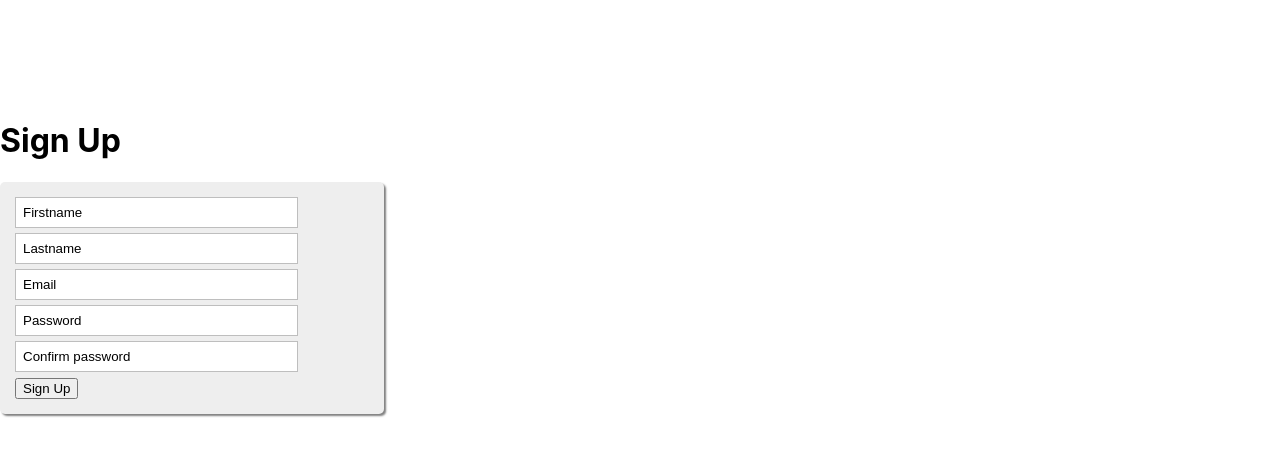
Repository: khamraeva/JSP-homework1-sighup
Page: /
These files come from the project's save history. The page is drawn as it stood at one moment and after the next save; the edit follows.
The browser window is 1280 px wide. The pictures show the whole page.
The project was rebuilt for these pictures with package versions that can differ from the ones it lists, and the page was loaded fresh each time.

Above is the page before, as saved 2020-07-22 16:42:06.

After the next save:
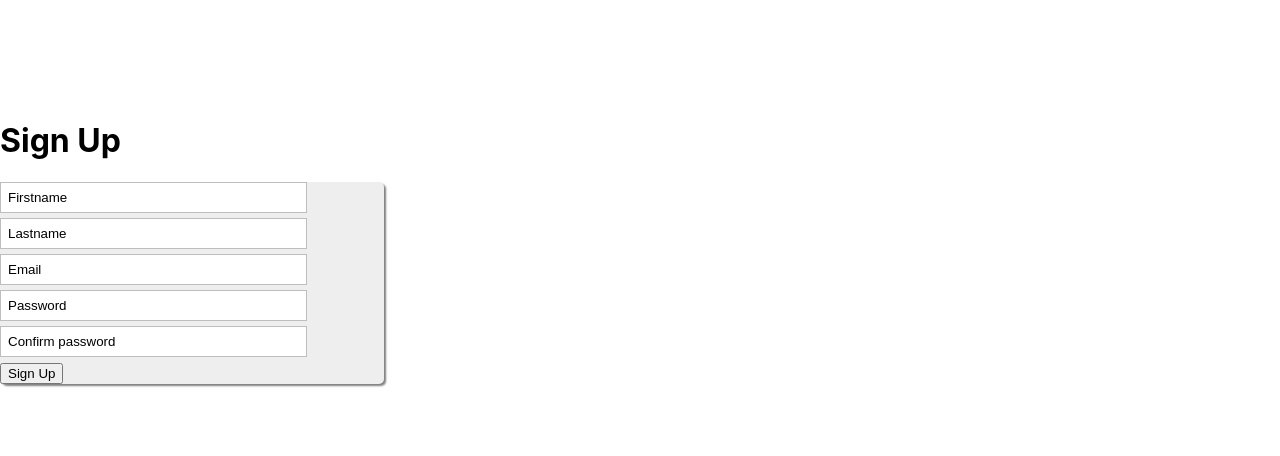
Saved 20 s later.
--- a/src/Components/SignUp/SignUp.css
+++ b/src/Components/SignUp/SignUp.css
@@ -10,7 +10,7 @@
 .signup-form {
     background: #eee;
     box-shadow: 2px 2px 2px rgba(0, 0, 0, .5);
-    padding: 15px;
+    /* padding: 15px; */
     border-radius: 5px;
 }
 

After the save that followed:
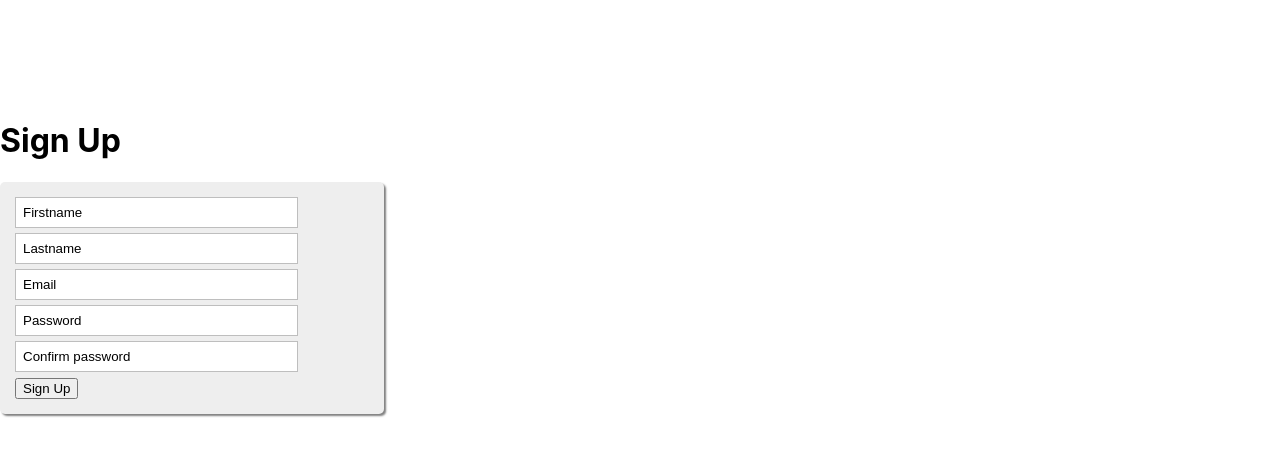
Saved 14 s later.
--- a/src/Components/SignUp/SignUp.css
+++ b/src/Components/SignUp/SignUp.css
@@ -10,13 +10,13 @@
 .signup-form {
     background: #eee;
     box-shadow: 2px 2px 2px rgba(0, 0, 0, .5);
-    /* padding: 15px; */
+    padding: 15px;
     border-radius: 5px;
 }
 
 .input {
     display: block;
-    justify-content: center;
+    /* justify-content: center; */
     box-sizing: border-box;
     border: 1px solid #bebebe;
     padding: 7px;
